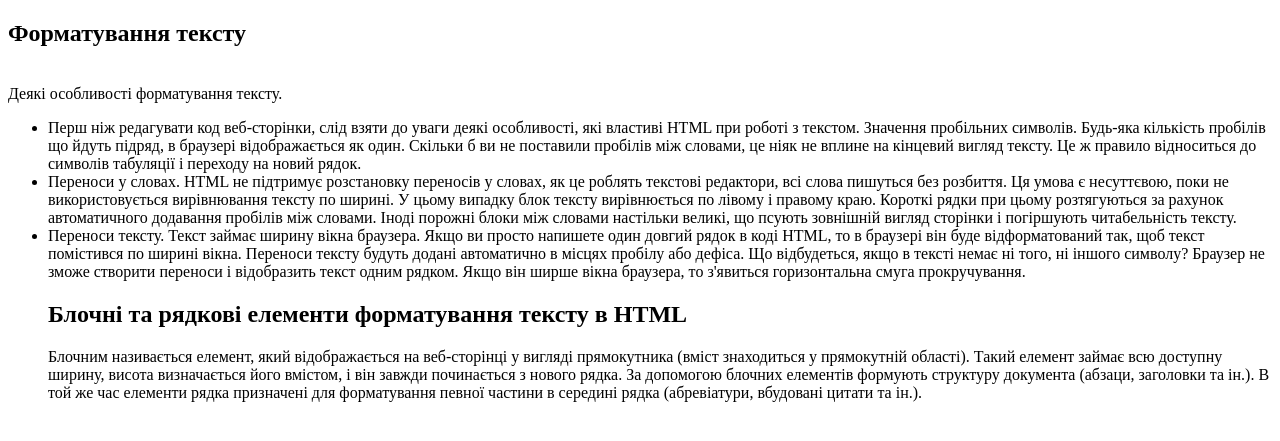
Repository: KseniaMakara/Web
Page: Web/directory.html
These files come from the project's save history. The page is drawn as it stood at one moment and after the next save; the edit follows.
The browser window is 1280 px wide. The pictures show the whole page.

Above is the page before, as saved 2021-02-15 16:16:37.

After the next save:
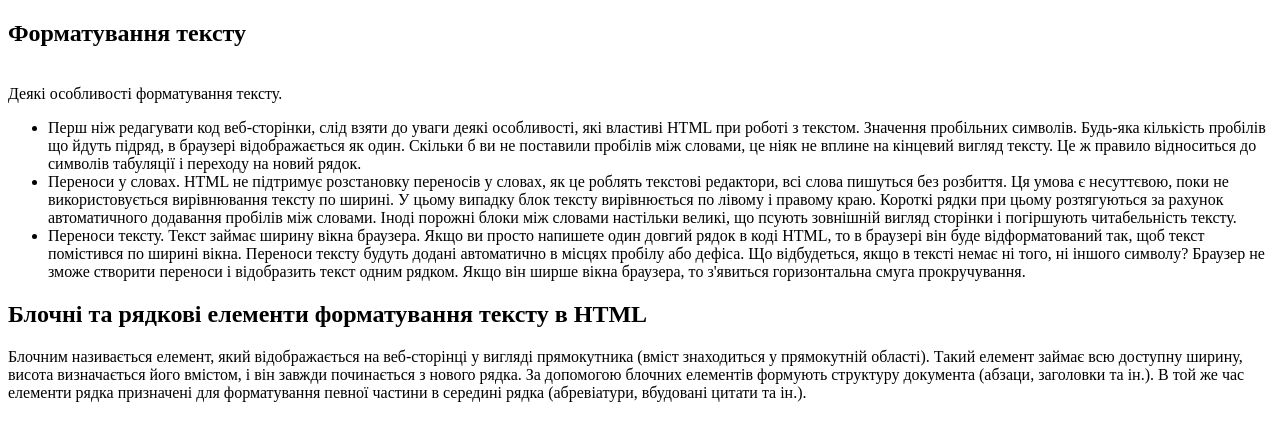
Saved 31 s later.
--- a/Web/directory.html
+++ b/Web/directory.html
@@ -28,6 +28,7 @@
         тексті немає ні того, ні іншого символу? Браузер не зможе створити переноси і
         відобразить текст одним рядком. Якщо він ширше вікна браузера, то з'явиться
         горизонтальна смуга прокручування.</li>
+        </ul>
         <h2>Блочні та рядкові елементи форматування тексту в HTML</h2>
         Блочним називається елемент, який відображається на веб-сторінці у вигляді
         прямокутника (вміст знаходиться у прямокутній області). Такий елемент займає
@@ -36,7 +37,7 @@
         структуру документа (абзаци, заголовки та ін.). В той же час елементи рядка
         призначені для форматування певної частини в середині рядка (абревіатури,
         вбудовані цитати та ін.).
-        </ul>
+
 
 
 
